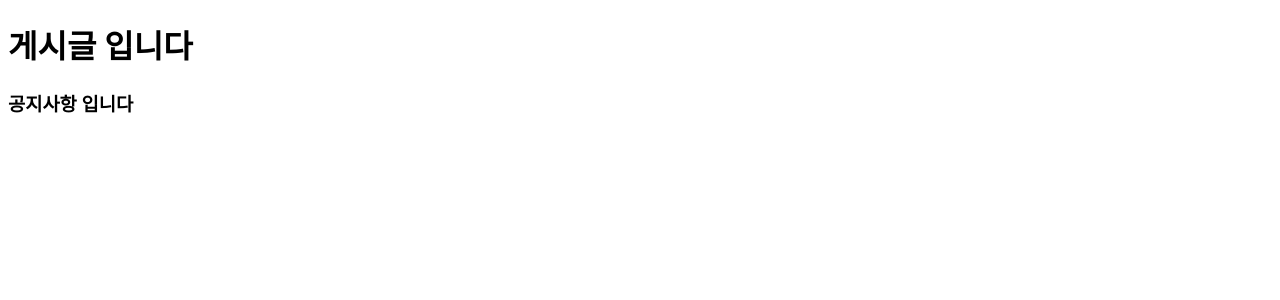
Repository: ryu1917/jsp
Page: http://localhost/jsp03/quiz/post.jsp
An editor plug-in stored every save of this project. The page is shown before and after the next save, followed by the edit.
The browser window is 1280 px wide. The pictures show the whole page.
The page is served by Tomcat 9.

Above is the page before, as saved 2021-04-22 07:48:02.

### workspace/jsp03/src/main/webapp/quiz/post.jsp
<%@ page language="java" contentType="text/html; charset=UTF-8"
    pageEncoding="UTF-8"%>
<!DOCTYPE html>
<html>
<head>
<meta charset="UTF-8">
<title>Insert title here</title>
</head>
<body>
<div>
<h1> 게시글 입니다</h1>
<h3> 공지사항 입니다</h3>
<br><br>
</div>
</body>
</html>

After the next save:
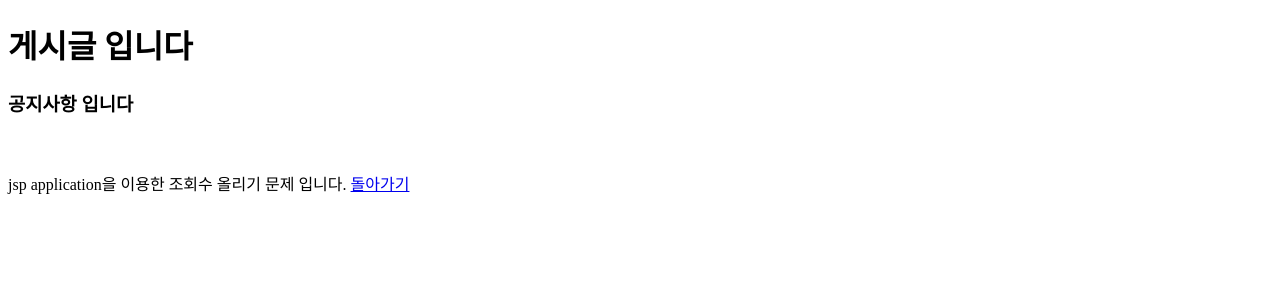
Saved 35 s later.
--- a/workspace/jsp03/src/main/webapp/quiz/post.jsp
+++ b/workspace/jsp03/src/main/webapp/quiz/post.jsp
@@ -11,6 +11,9 @@
 <h1> 게시글 입니다</h1>
 <h3> 공지사항 입니다</h3>
 <br><br>
+
+jsp application을 이용한 조회수 올리기 문제 입니다.
+<a href="hi.jsp">돌아가기</a>
 </div>
 </body>
 </html>
